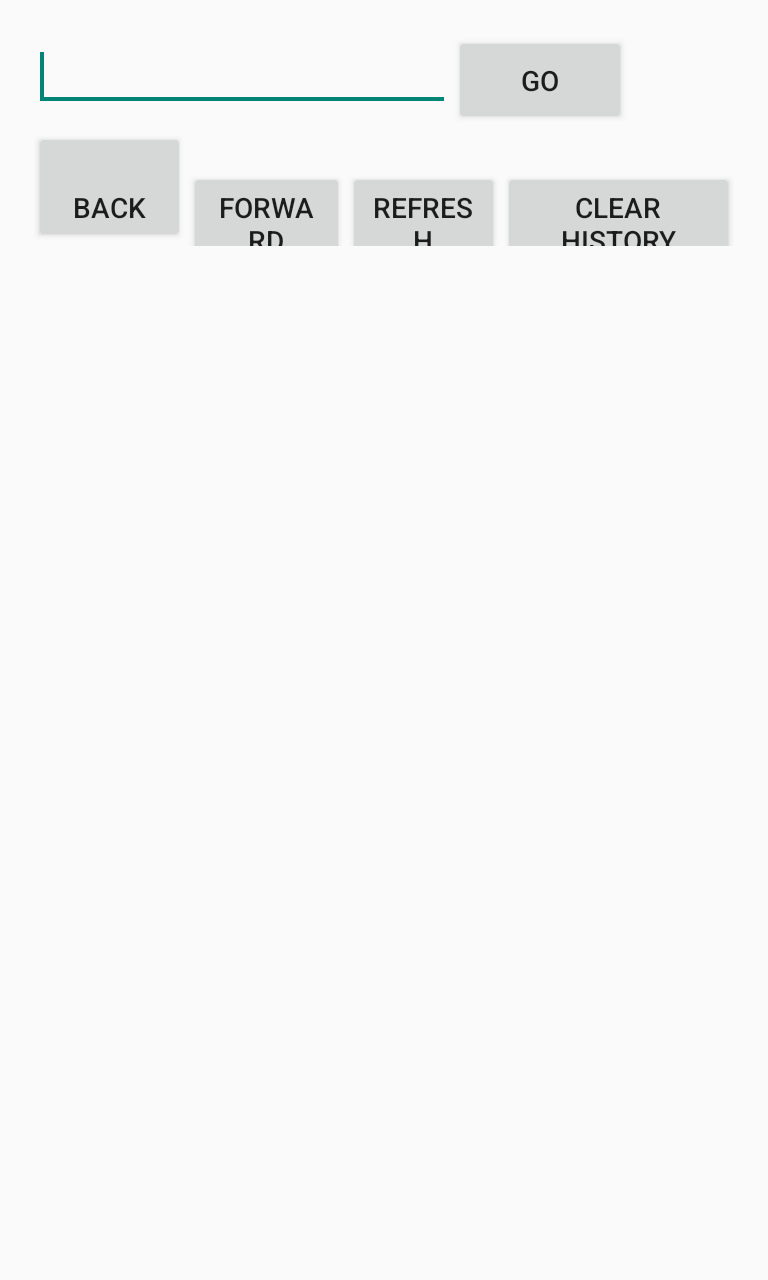
Repository: Attaphon1996/Engineering-Stuff
Layout: OSource/Android Play/Android_Projects/Bruno/res/layout/activity_main.xml
An editor plug-in stored every save of this project. The layout is shown before and after the next save, followed by the edit.
It is drawn on a 768 x 1280 px phone screen (xhdpi) without system bars, with theme AppTheme; the app's code is not run.

Above is the layout before, as saved 2014-12-23 17:43:48.

### OSource/Android Play/Android_Projects/Bruno/res/layout/activity_main.xml
<LinearLayout xmlns:android="http://schemas.android.com/apk/res/android"
    xmlns:tools="http://schemas.android.com/tools"
    android:layout_width="match_parent"
    android:layout_height="match_parent"
    android:paddingBottom="@dimen/activity_vertical_margin"
    android:paddingLeft="@dimen/activity_horizontal_margin"
    android:paddingRight="@dimen/activity_horizontal_margin"
    android:paddingTop="@dimen/activity_vertical_margin"
    tools:context="com.mundheyrohan.bruno.MainActivity"
    android:orientation="vertical" >
<LinearLayout
    android:layout_width="wrap_content"
    android:layout_height="wrap_content"
    android:orientation="horizontal"
    android:weightSum="100">
    <EditText
        android:id="@+id/editText1"
        android:layout_width="match_parent"
        android:layout_height="wrap_content"
        android:ems="10"
        android:layout_weight="40"
         android:inputType="textUri">
        <requestFocus />
    </EditText>

    <Button
        android:id="@+id/button1"
        android:layout_width="wrap_content"
        android:layout_height="wrap_content"
        android:text="@string/go"
        android:layout_weight="60" />

    </LinearLayout>

<LinearLayout
    android:layout_width="wrap_content"
    android:layout_height="wrap_content"
    android:orientation="horizontal"
    android:weightSum="100"
    >
    <Button
        android:id="@+id/back"
        android:layout_width="wrap_content"
        android:layout_height="wrap_content"
        android:text="@string/back"
        android:layout_weight="25"
        android:paddingTop="30sp" />
    <Button
        android:id="@+id/forward"
        android:layout_width="wrap_content"
        android:layout_height="wrap_content"
        android:text="@string/forward"
        android:layout_weight="25" />
    <Button
        android:id="@+id/refresh"
        android:layout_width="wrap_content"
        android:layout_height="wrap_content"
        android:text="@string/refresh"
        android:layout_weight="25" />
    <Button
        android:id="@+id/clear"
        android:layout_width="wrap_content"
        android:layout_height="wrap_content"
        android:text="@string/clear_history"
        android:layout_weight="25" />


</LinearLayout>



</LinearLayout>

### OSource/Android Play/Android_Projects/Bruno/res/values/strings.xml
<?xml version="1.0" encoding="utf-8"?>
<resources>

    <string name="app_name">Bruno</string>
    <string name="hello_world">Hello world!</string>
    <string name="action_settings">Settings</string>
    <string name="go">GO</string>
    <string name="back">Back</string>
    <string name="forward">Forward</string>
    <string name="clear_history">Clear History</string>
    <string name="refresh">Refresh</string>

</resources>

Loaded but not shown: OSource/Android Play/Android_Projects/Bruno/res/values/styles.xml (common file); OSource/Android Play/Android_Projects/Bruno/res/values-v11/styles.xml (common file); OSource/Android Play/Android_Projects/Bruno/res/values-v14/styles.xml (common file); OSource/Android Play/Android_Projects/Bruno/res/values/dimens.xml (common file); OSource/Android Play/Android_Projects/Bruno/res/values-w820dp/dimens.xml (common file)

After the next save:
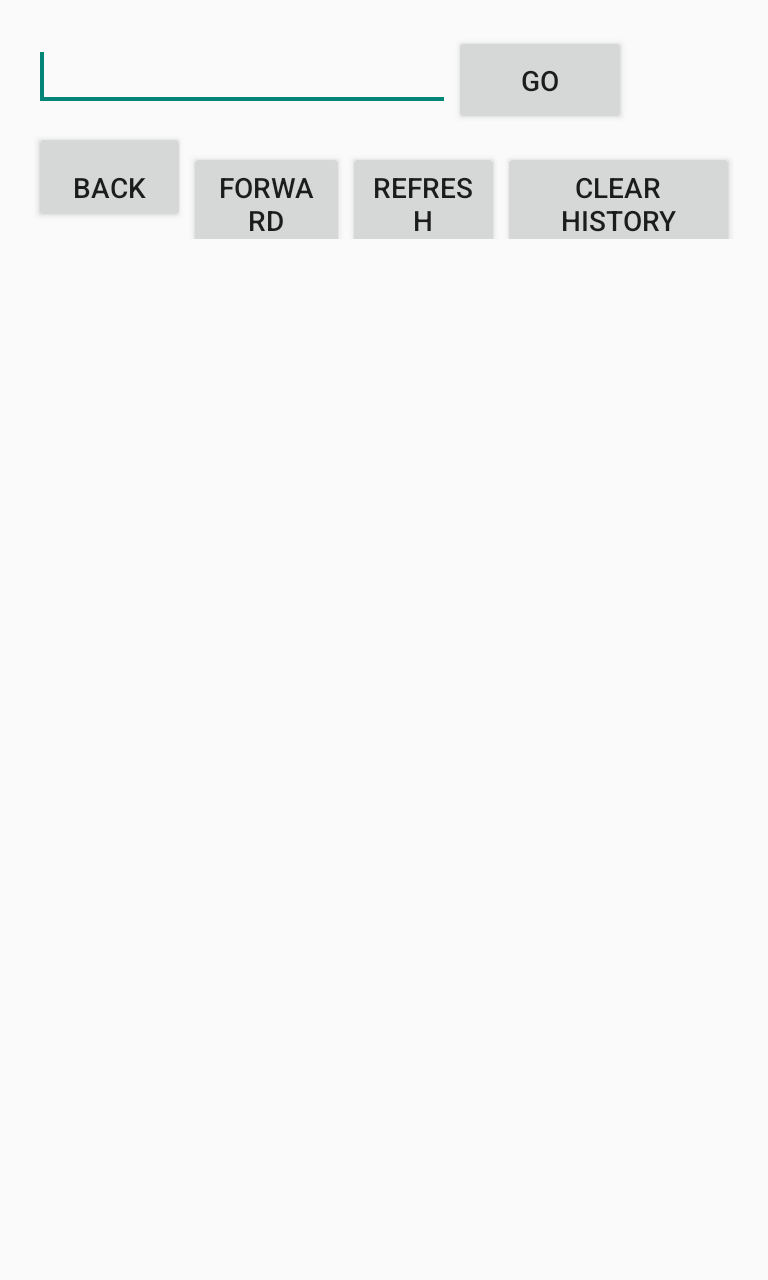
Saved 11 s later.
--- a/OSource/Android Play/Android_Projects/Bruno/res/layout/activity_main.xml
+++ b/OSource/Android Play/Android_Projects/Bruno/res/layout/activity_main.xml
@@ -44,7 +44,7 @@
         android:layout_height="wrap_content"
         android:text="@string/back"
         android:layout_weight="25"
-        android:paddingTop="30sp" />
+        android:paddingTop="20sp" />
     <Button
         android:id="@+id/forward"
         android:layout_width="wrap_content"
